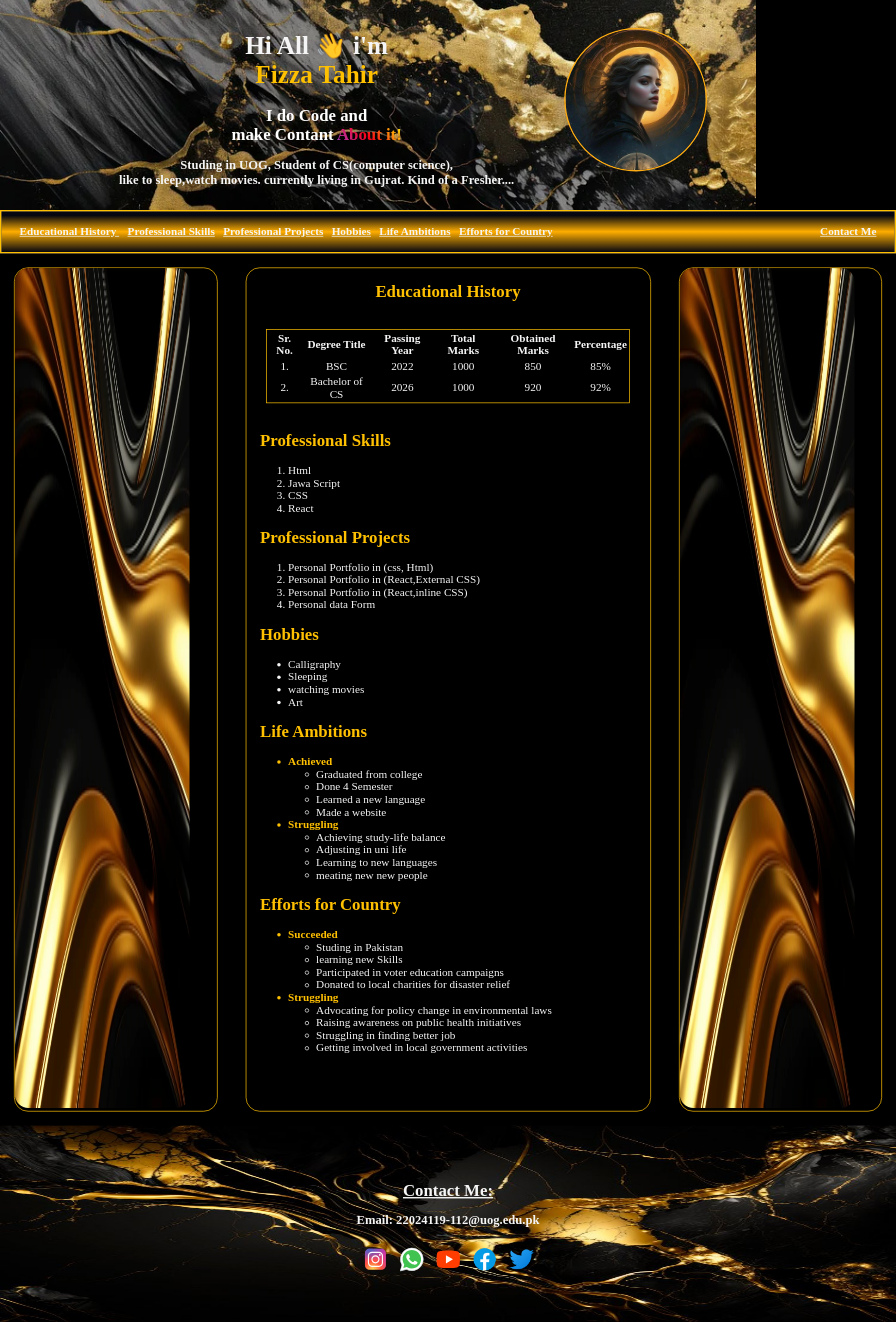
Repository: Fizza-112/project
Page: /
These files come from the project's save history. The page is drawn as it stood at one moment and after the next save; the edit follows.
The browser window is 1280 px wide. The pictures show the whole page, at 70% of full size.
The project was rebuilt for these pictures with package versions that can differ from the ones it lists, and the page was loaded fresh each time. Also part of the build but not shown: vite.config.ts.

Above is the page before, as saved 2024-09-20 14:30:02.

After the next save:
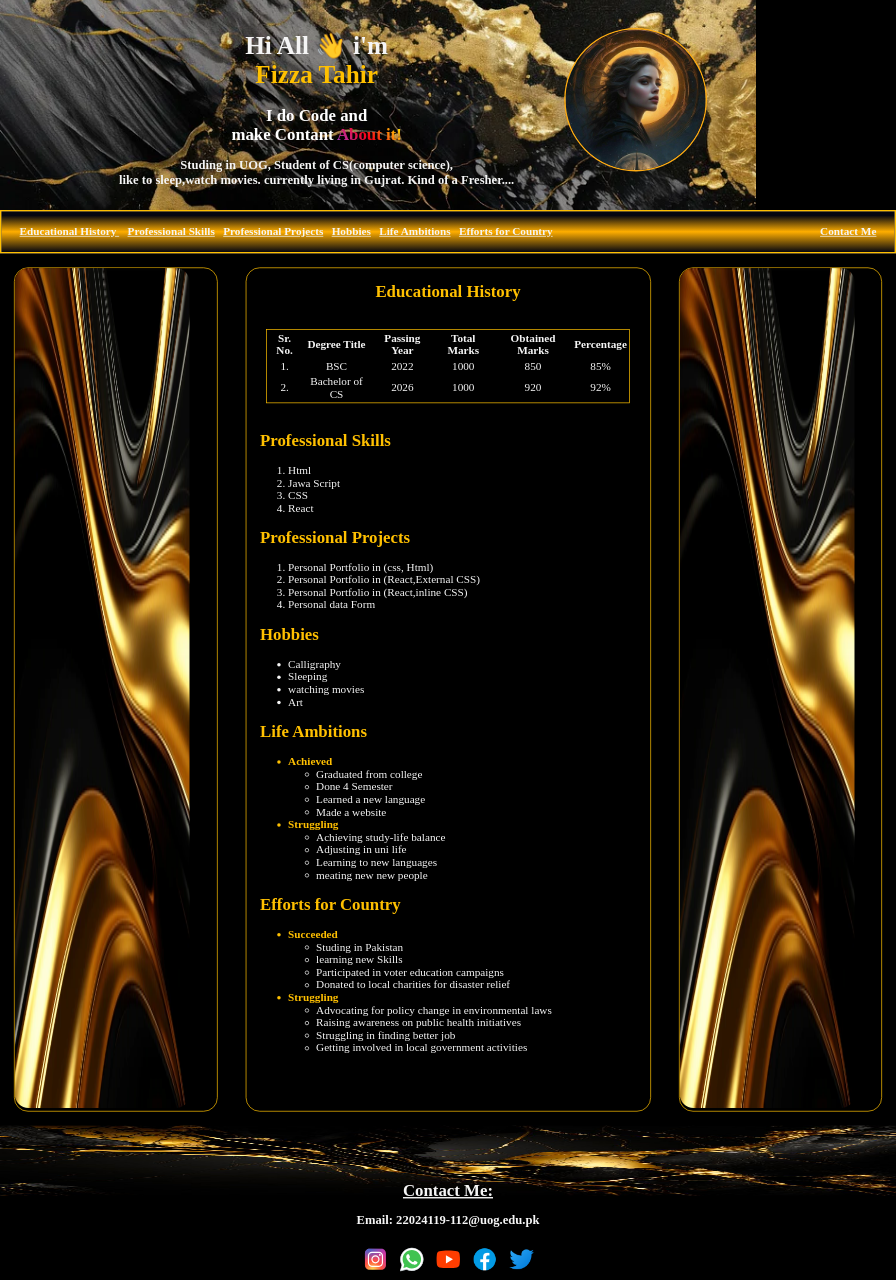
Saved 29 s later.
--- a/src/App.css
+++ b/src/App.css
@@ -248,7 +248,7 @@
   width: 100%;
   height: 100px;
   margin-left: 0px;
-  height: 280px;
+
   display: block;
 }
 .footer-content {

After the 2 saves that followed:
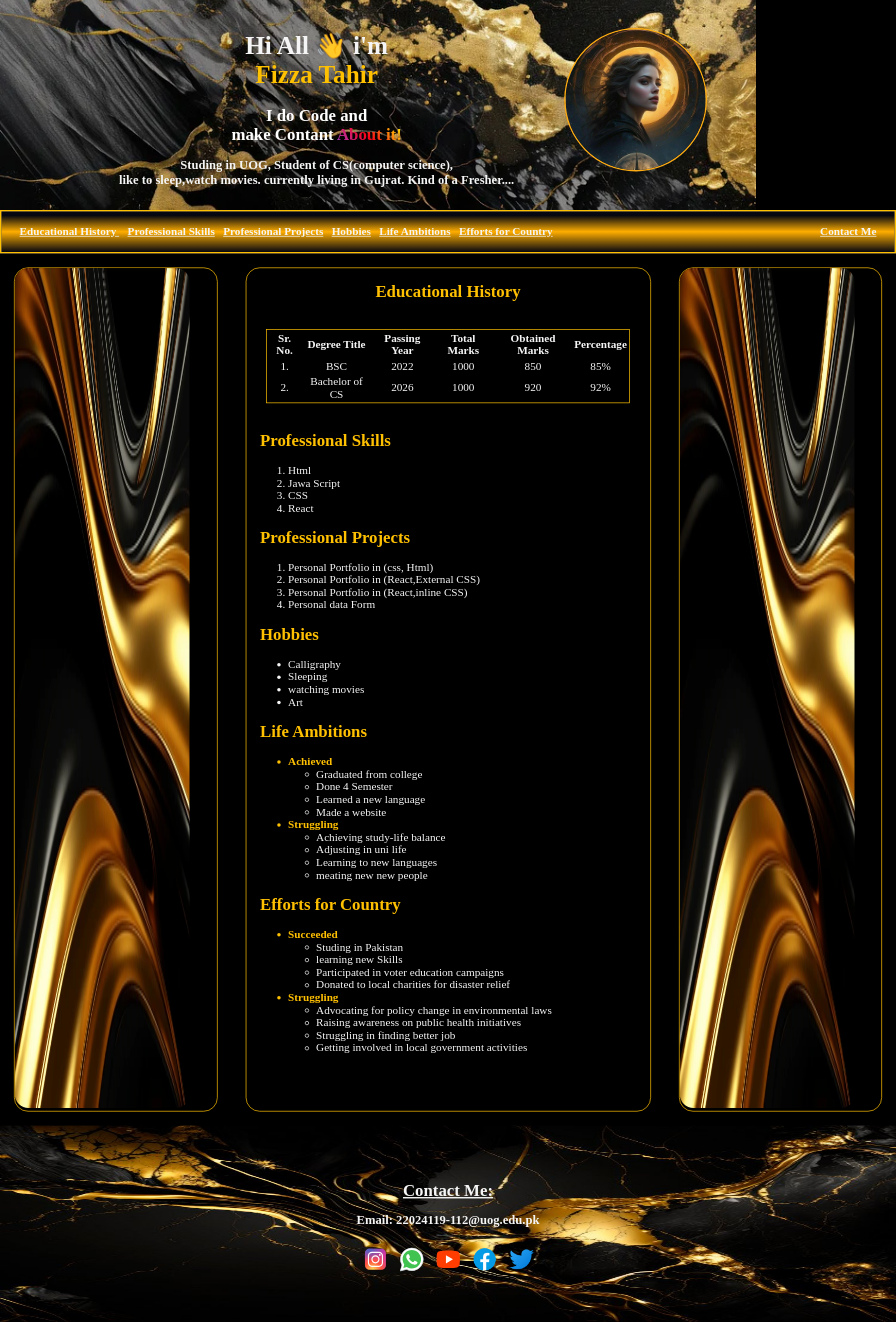
The 2 saves are shown as one change because they came seconds apart.
The last was saved 14 s later.
--- a/src/App.css
+++ b/src/App.css
@@ -246,7 +246,7 @@
 
 .footer-image{
   width: 100%;
-  height: 100px;
+  height: 280px;
   margin-left: 0px;
 
   display: block;
